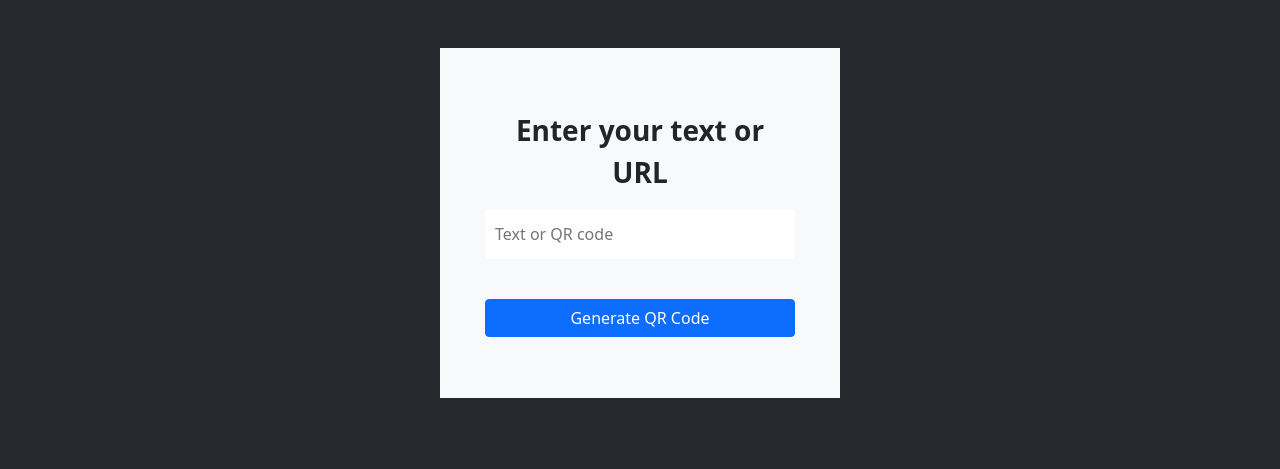
Repository: zeinawady/Qr-Code-Generator-App
Page: index.html
The author's editor kept a copy of each file at every save. The page is drawn from the files as they stood at one save, then again after the next save.
The browser window is 1280 px wide. The pictures show the whole page.

Above is the page before, as saved 2024-10-30 00:41:59.

### index.html
<!DOCTYPE html>
<html lang="en">

<head>
    <meta charset="UTF-8">
    <meta name="viewport" content="width=device-width, initial-scale=1.0">
    <title>Qr code generator</title>
    <link rel="stylesheet" href="css/bootstrap.min.css.map">
    <link rel="stylesheet" href="css/bootstrap.min.css">
    <link rel="stylesheet" href="css/style.css">
</head>

<body>
    <div class="container  d-flex justify-content-center align-items-center bg-light mt-5">
        <div class="qr-container">
            <p class="my-3 fw-bold fs-3 text-center">Enter your text or URL</p>
            <input type="text" placeholder="Text or QR code" id="qrText">
            <div id="imgBox">
                <img src="" id="qrImg">
            </div>
            <button class="btn btn-primary my-3 w-100" onclick="generateQR()">Generate QR Code</button>
        </div>
    </div>

    <script src="js/bootstrap.bundle.min.js"></script>
    <script src="js/bootstrap.bundle.min.js.map"></script>
    <script src="js/script.js"></script>
</body>

</html>

### css/style.css
body{
    background-color:#262a2f ;
}
.container{
    max-width: 400px;
   padding: 45px;
}
input{
    width: 100%;
    height: 50px;
    border: none;
    outline: none;
    padding: 10px;
   border-radius: 5px;
}

### js/script.js

let imgBox=document.getElementById('imgBox');
let qrImg=document.getElementById('qrImg');
let qrText=document.getElementById('qrText');

function generateQR(){
    qrImg.src="https://api.qrserver.com/v1/create-qr-code/?size=150x150&data=" + qrText.value;
}

Loaded but not shown: css/bootstrap.min.css (library); js/bootstrap.bundle.min.js (library)

After the next save:
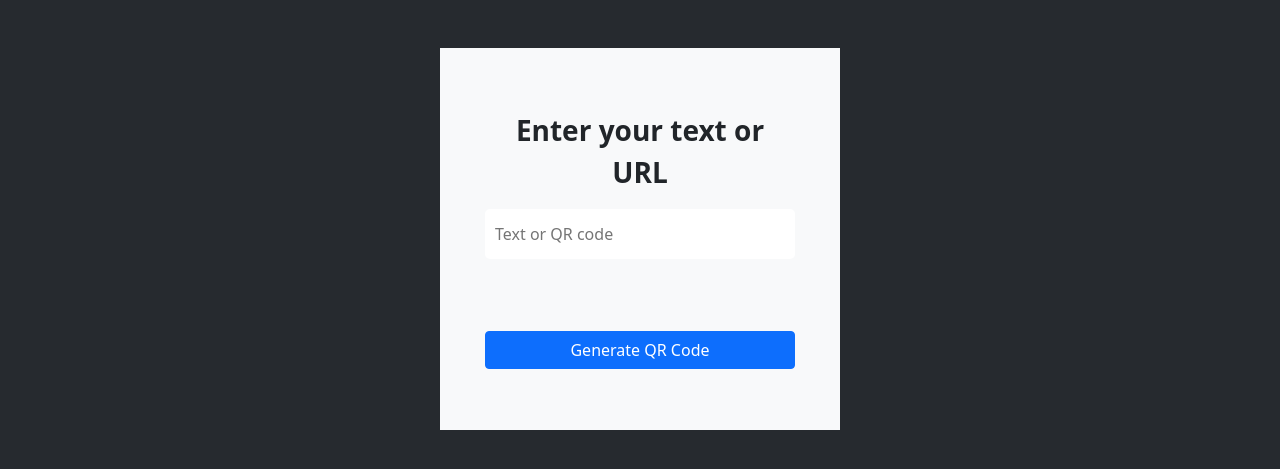
Saved 15 s later.
--- a/index.html
+++ b/index.html
@@ -15,7 +15,7 @@
         <div class="qr-container">
             <p class="my-3 fw-bold fs-3 text-center">Enter your text or URL</p>
             <input type="text" placeholder="Text or QR code" id="qrText">
-            <div id="imgBox">
+            <div id="imgBox" class="my-3">
                 <img src="" id="qrImg">
             </div>
             <button class="btn btn-primary my-3 w-100" onclick="generateQR()">Generate QR Code</button>
